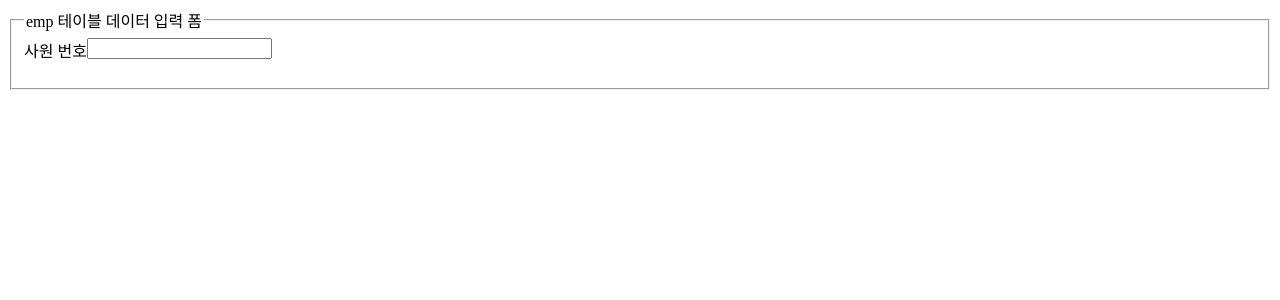
Repository: saysang22/servlet
Page: jdbcServlet1/src/main/webapp/deptInsert.html
An editor plug-in stored every save of this project. The page is shown before and after the next save, followed by the edit.
The browser window is 1280 px wide. The pictures show the whole page.

Above is the page before, as saved 2024-06-03 01:14:32.

After the next save:
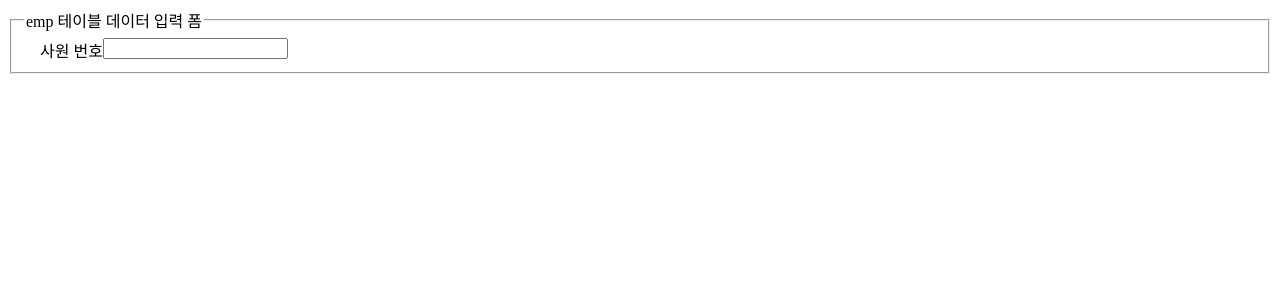
Saved 14 s later.
--- a/jdbcServlet1/src/main/webapp/deptInsert.html
+++ b/jdbcServlet1/src/main/webapp/deptInsert.html
@@ -15,7 +15,7 @@
 	}
 
 	.rightMargin {
-		margin: 0 0 1rem 0;
+		margin: 0 0 0 1rem;
 	}
 </style>
 </head>
